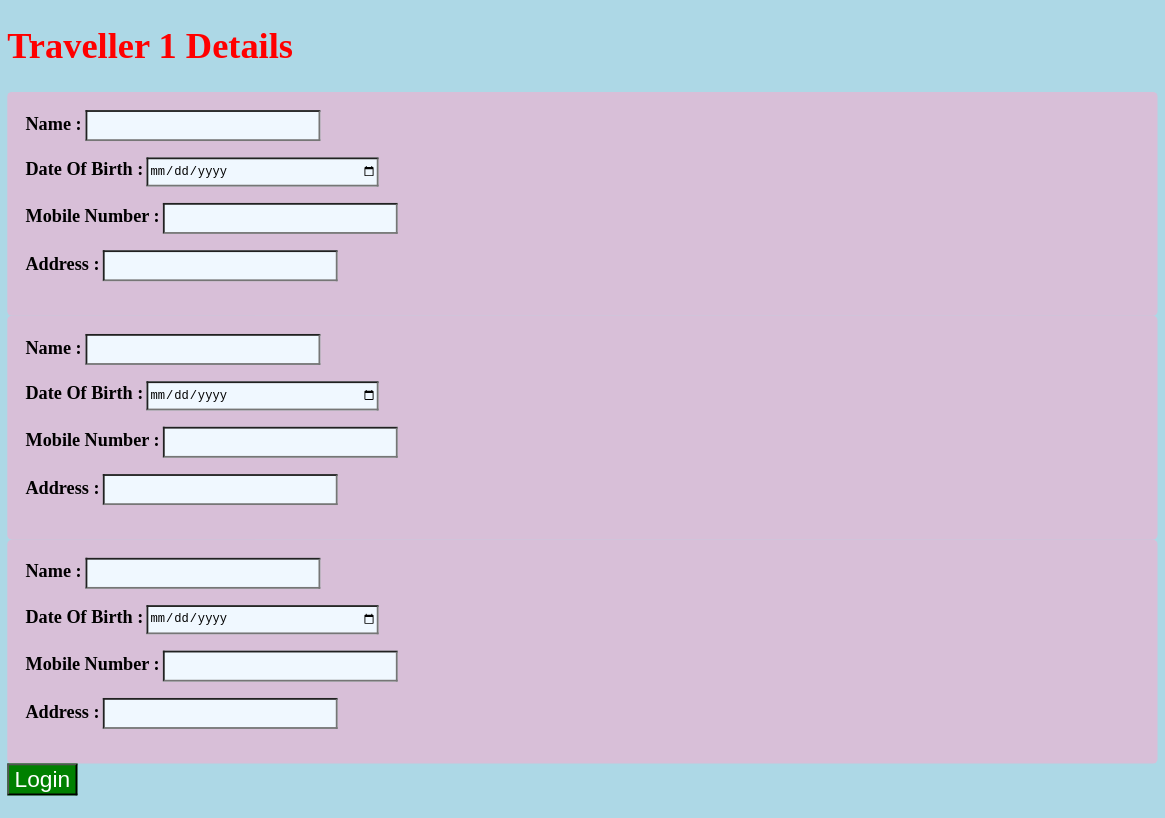
Repository: KanimozhiThandapani/Phase2AirlineBookingProject
Page: http://localhost/AirlineBooking/registrationPage.jsp
The author's editor kept a copy of each file at every save. The page is drawn from the files as they stood at one save, then again after the next save.
The browser window is 1280 px wide. The pictures show the whole page, at 91% of full size.
The page is served by Tomcat 9.

Above is the page before, as saved 2022-04-26 07:38:30.

After the next save:
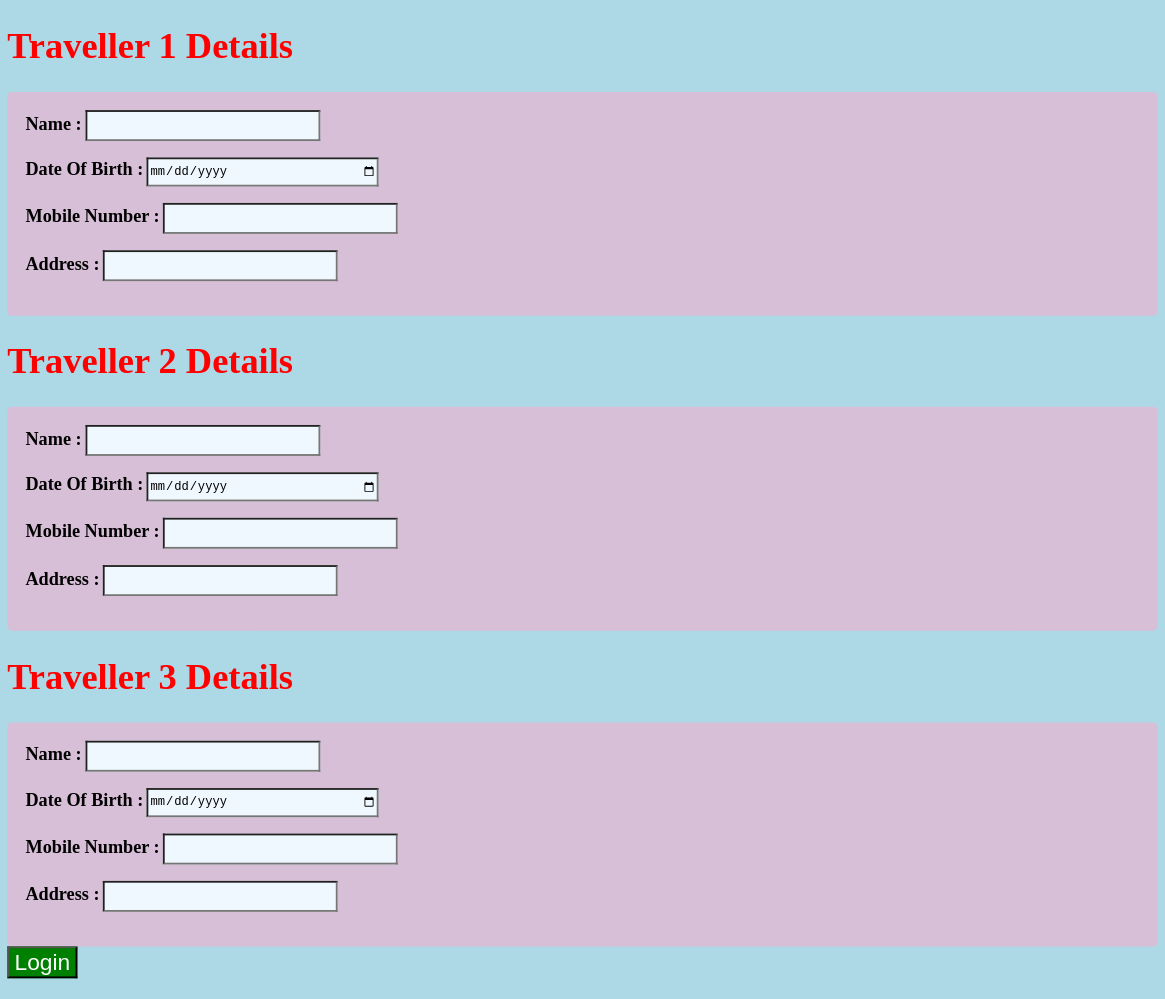
Saved 23 s later.
--- a/AirlineBooking/WebContent/registrationPage.jsp
+++ b/AirlineBooking/WebContent/registrationPage.jsp
@@ -47,7 +47,7 @@ h3 {
     <input type="text" name="t1address" style="width:250px;height: 28px;background: aliceblue;" required="required"> <br> <br>
 
  </div>
-
+ <h1>Traveller 2 Details</h1>
  <div>
     <label for="name" style="font-size: 20px"><strong>Name :</strong></label>
     <input type="text" name="t1username" style="width:250px;height: 28px;background: aliceblue;" required="required"> <br> <br>
@@ -62,7 +62,7 @@ h3 {
     <input type="text" name="t1address" style="width:250px;height: 28px;background: aliceblue;" required="required"> <br> <br>
 
  </div>
-
+ <h1>Traveller 3 Details</h1>
  <div>
     <label for="name" style="font-size: 20px"><strong>Name :</strong></label>
     <input type="text" name="t1username" style="width:250px;height: 28px;background: aliceblue;" required="required"> <br> <br>
